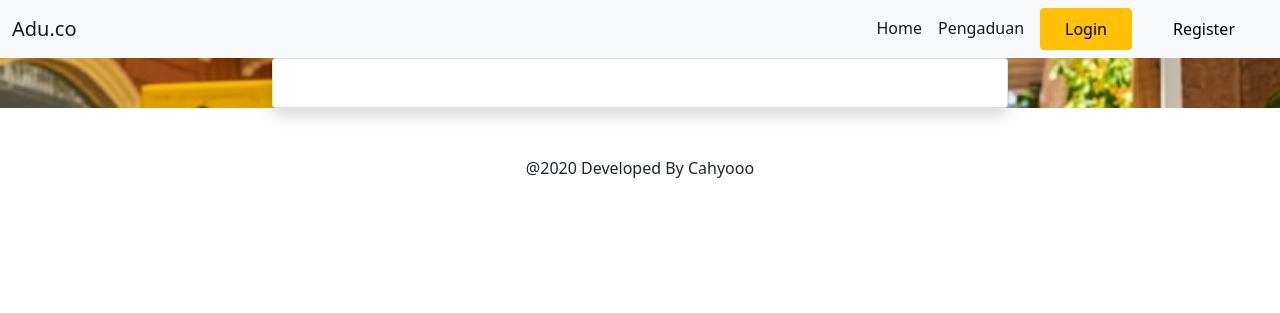
Repository: khulqu15/pengaduan2
Page: http://localhost/form/pengaduan
These files come from the project's save history. The page is drawn as it stood at one moment and after the next save; the edit follows.
The browser window is 1280 px wide. The pictures show the whole page.
The page is served by the project's Laravel application, run on PHP 8.4 with Laravel 8.

Above is the page before, as saved 2021-02-23 21:21:08.

After the next save:
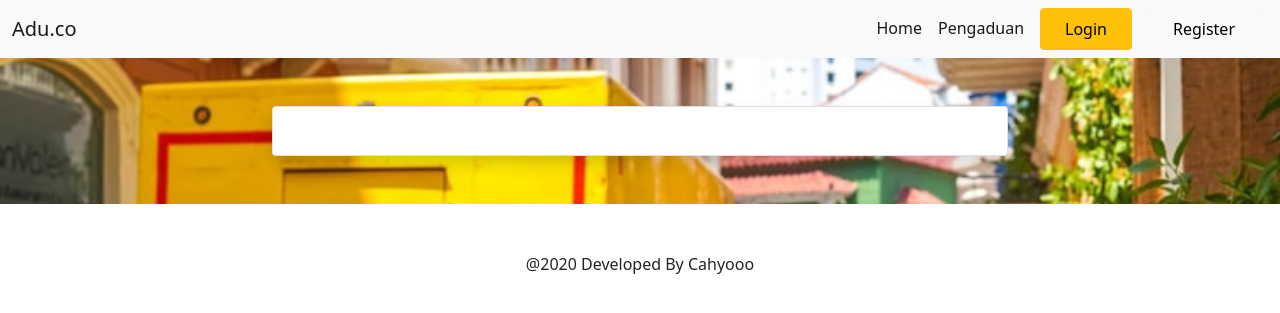
Saved 7 s later.
--- a/resources/views/pengaduan.blade.php
+++ b/resources/views/pengaduan.blade.php
@@ -3,7 +3,7 @@
 @section('title', 'Pengaduan')
 
 @section('content')
-    <div class="container-fluid image-footer-home">
+    <div class="container-fluid image-footer-home py-5">
         <div class="container">
             <div class="row">
                 <div class="col-md-8 offset-md-2">
